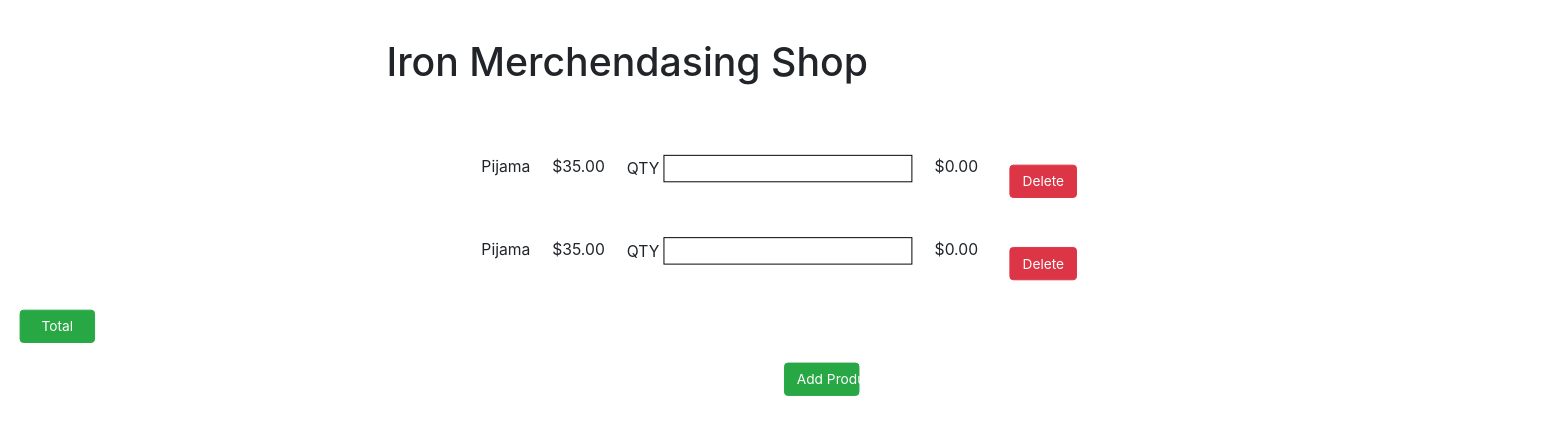
Repository: konstantin0s/lab-cart-DOM
Page: index.html
An editor plug-in stored every save of this project. The page is shown before and after a run of saves, followed by the edit.
The browser window is 1280 px wide. The page is 1280 px wide, then 1596 px, so the pictures cover 1596 px, including what lies to the right of the window. The pictures show the whole page, at 98% of full size.
Some web libraries are served in a nearby version.

Above is the page before, as saved 2019-02-03 09:45:16.
Console error: ReferenceError: getTotalPrice is not defined

### index.html
<!DOCTYPE html>
<html lang="en">
<head>
  <meta charset="UTF-8">
  <meta name="viewport" content="width=device-width, initial-scale=1.0">
  <meta http-equiv="X-UA-Compatible" content="ie=edge">
  <link rel="stylesheet" href="https://cdnjs.cloudflare.com/ajax/libs/normalize/5.0.0/normalize.min.css">
  <link rel="stylesheet" href="./css/style.css">
  <link rel="stylesheet" href="https://stackpath.bootstrapcdn.com/bootstrap/4.2.1/css/bootstrap.min.css">
  <title>Ironhack cart</title>
</head>

<body>
  <h1  class="title">Iron Merchendasing Shop</h1>
<!--
  <div class="container mt-4" id="amess">
    <h1 class="display-4 text-center">
      <i class="fas fa-book-open text-primary"></i>
      My <span class="text-primary">Products</span>List
      </h1>
      <form action="" id="product-form">
        <div class="form-group">
          <label for="product">Product</label>
          <input id="newProd" class="form-control" type="text">
        </div>
        <div class="form-group">
          <label for="price">$:</label>
          <input id="newPrice" class="form-control" type="text">
        </div>
        <div class="form-group">
          <label for="quantity">QTY</label>
          <input id="newQty" class="form-control" type="text">
        </div>
        <input type="submit" value="Add Product"
          class="btn btn-primary btn-block">
     </form>
        <table class="table table-striped">
          <thead>
            <tr>
              <th>Product:</th>
              <th class="fPrice">Price:</th>
              <th class="fQua">Quantity:</th>
              <th class="fTotal">Total:</th>
              <th></th>
            </tr>
          </thead>
            <tbody id="product-list"></tbody>
          </table>
  </div>   -->


  <div id="container">

      <div class="product">
        <div class="name">
          <span>Pijama</span>
        </div>
        <div class="price">
          $<span>35.00</span>
        </div>
        <div>
          <label>QTY</label>
          <input type="number" name="quantity" class="quantity">
        </div>
        <div class="sum">
          $<span>0.00</span>
        </div>
        <div class="remove">
            <button class="button btn-danger" type="button">Delete</button>
        </div>
      </div>

      <div class="product">
          <div class="name">
            <span>Pijama</span>
          </div>
          <div class="price">
            $<span>35.00</span>
          </div>
          <div>
            <label>QTY</label>
            <input type="number" name="quantity" class="quantity">
          </div>
          <div class="sum">
            $<span>0.00</span>
          </div>
          <div class="remove">
              <button class="button btn-danger" type="button">Delete</button>
          </div>
        </div>


    </div>

        <div class="container-2"></div>
     <div class="addBC-container">
      <div class="calculate">
         <button type="button" class="button btn-success" id="calc-prices-button">Total</button>
      </div>

    <div class="addPBtn">
      <button type="button" class="button btn-success" id="addExtra">Add Product</button>
    </div>

    <div class="newRowItems">

    </div>
    </div>
  </div>


      <script type="text/javascript" src="./js/index.js"></script>

</body>
</html>

### css/style.css

body{
  overflow-x: hidden;
}

.title {
  text-align: center;
  padding: 40px;
}

.container {
  display: flex;
  flex-direction: row;
}

input {
  border: solid 1px black;
}

.product {
  display: flex;
  flex-direction: row;
  justify-content: space-around;
  width: 50%;
  margin: 30px 0 0 480px;
}

.button {
  display: inline-block;
  padding: 6px 12px;
  margin-bottom: 0;
  font-size: 14px;
  font-weight: 400;
  line-height: 1.42857143;
  text-align: center;
  white-space: nowrap;
  vertical-align: middle;
  -ms-touch-action: manipulation;
  touch-action: manipulation;
  cursor: pointer;
  -webkit-user-select: none;
  -moz-user-select: none;
  -ms-user-select: none;
  user-select: none;
  background-image: none;
  border: 1px solid transparent;
  border-radius: 4px;
}

.btn-success {
    color: #fff;
    background-color: #5cb85c;
    border-color: #4cae4c;
}

.cost-1 {
  margin: 10px;

}

.input {
  margin: 10px;
}

.totalP-1 {
  margin: 10px;
}

.container-2 {
  display: flex;

}

/* add total & product container */
.addBC-container {
    display: flex;
    flex-direction: column;
}

/* Add new product button*/
.addPBtn {
  margin-left: 800px;
  display: flex;
  flex-direction: column;
  width: 6%;
}

/* total button*/
.calculate {
  margin: 20px;
  display: flex;
  flex-direction: column;
  width: 6%;
}

.remove {
  margin: 10px;
}

.btn-danger {
    color: #fff;
    background-color: #CF000F;
    border-color: #CF000F;
}

/* .quantity {
  margin: 0px 5px;
  height: 30px;
} */
/*
.newRowItems {
  display: flex;
  flex-direction: column;

}

.newRowItems p{
 position: relative;
 top: -40px;
 left: 175px;
}

.newRowItems .sexy{
  position: relative;
  top: -2x;
  left: 20px;
 }
 .newRowItems .quan {
  position: relative;
  top: -130px;
  left: 460px;
}

 .newRowItems input{
  position: relative;
  top: -91px;
  left: 190px;
 }


 .newRowItems .inputQua{
  position: relative;
  top: -80px;
  left: 380px;
 }

  .newRowItems .defPrice{
  position: relative;
  top: -210px;
  left: 845px;
 } */

 /* style new added new products*/
 /* #amess {
   display:flex;
   width:50%;
   height: 500px;
   flex-direction: column;
   /* align-items: center; */
   /* margin-bottom: 300px;
   left: -400px;
 } */

/*
.newRowItems button {
  position: relative;
  top: -253px;
  left: 890px;
  width: 70px;
  display: inline-block;
  padding: 6px 12px;
  margin-bottom: 0;
  font-size: 14px;
  font-weight: 400;
  line-height: 1.42857143;
  text-align: center;
  white-space: nowrap;
  vertical-align: middle;
  -ms-touch-action: manipulation;
  touch-action: manipulation;
  cursor: pointer;
  -webkit-user-select: none;
  -moz-user-select: none;
  -ms-user-select: none;
  user-select: none;
  background-image: none;
  border: 1px solid transparent;
  border-radius: 4px;

} */

### js/index.js

  document.getElementById("calc-prices-button").addEventListener("click", getTotalPrice);
  document.getElementById("addExtra").addEventListener("click", createNewItemRow);
  // document.getElementById("addExtra").addEventListener("click", createQuantityNode);
  // document.getElementById("addExtra").addEventListener("click", createQuantityInput);
  // document.getElementById("addExtra").addEventListener("click", getPriceByProduct);
  document.getElementById("addExtra").addEventListener("click",   createDeleteButton);
  // document.getElementById("calc-prices-button").addEventListener("click", calculatePriceProducts);

//         var clickedElement = event.target;
//         var parentElement = event.target.parentElement;

//         Retrieves the unit price of the productv
// Retrieves the quantity of items desired
// Calculates the total price based on this data
// Updates the total price in the DOM
// getPriceByProduct();

// var productsArray = document.getElementById('form').elements;
// // var productsArray = [...document.getElementById('form').children).elements];
// console.log(productsArray);

// function calculatePriceProducts() {
//   var result = 0;
//   productsArray.forEach(function(index) {
//     var priceItem = document.getElementsByClassName("cost-" + index.toString()).value;
//     var num = parseFloat(priceItem.replace(/[^0-9.]/g, ""));
//     var quantity = document.getElementsByClassName("total-" + index.toString()).value;
//     quantity = parseInt(quantity);
//     var total = quantity * num;
//     document.getElementsByClassName("totalP-" + num.toString()).innerHTML = total;
//     result += total;
//   })
//   document.getElementsByClassName("price2").textContext = result;
// }




function deleteItem(e){

}

function getPriceByProduct(itemNode){
  // var h5 = document.createElement("H5");                       // Create a <p> element
  // itemNode = document.createTextNode("$0 ");
  // h5.className = 'defPrice';     // Create a text node
  // h5.appendChild(itemNode);                                          // Append the text to <p>
  // document.getElementsByClassName("newRowItems")[0].appendChild(h5);
}


function updatePriceByProduct(productPrice, index){

}

// function getTotalPrice(result) {
//    var getQuantity = parseInt(document.getElementById('costUnit').value);
//    var getInput = parseInt(document.getElementById('quantity').value);
//    var result = getQuantity * getInput;

// //    var elements = document.getElementById("my-form").elements;
// //    for (var i = 0; i < elements.length; i++) {

// // }

//     if (!result) {
//     document.getElementsByClassName("totalP-1")[0].innerHTML = "Add Num";
//   } else {
//     document.getElementsByClassName("totalP-1")[0].innerHTML = "Total price is = $" + result;
//   }
// }




function createQuantityInput() {
// var label = document.createElement("LABEL");
// label.className = 'inputQua';
// var quaInput = document.createElement("INPUT");
// label.appendChild(quaInput);
// document.getElementsByClassName('newRowItems')[0].appendChild(label);
}

function createDeleteButton(){
// var button = document.createElement("BUTTON");
// button.className = 'button btn-delete';
// var quaDel = document.createTextNode("Delete");
// button.appendChild(quaDel);
// document.getElementsByClassName('newRowItems')[0].appendChild(button);
}

function createQuantityNode(){
  // var h5 = document.createElement("H5");
  // h5.className = 'quan';                       // Create a <p> element
  // var quaNode = document.createTextNode("Quantity: ");      // Create a text node
  // h5.appendChild(quaNode);                                          // Append the text to <p>
  // document.getElementsByClassName("newRowItems")[0].appendChild(h5);
}

function createItemNode(dataType, itemData){

}

function createNewItemRow(itemName, itemUnitPrice){
  // var h5 = document.createElement("H5");                       // Create a <p> element
  // itemName = document.createTextNode("Sexy Shirt: ");
  // h5.className = 'sexy';     // Create a text node
  // h5.appendChild(itemName);                                          // Append the text to <p>
  // document.getElementsByClassName("newRowItems")[0].appendChild(h5);

  // var label = document.createElement("LABEL");
  // var par = document.createElement("P");                       // Create a <p> element
  // var dollar = document.createTextNode("$");
  // par.appendChild(dollar);
  // itemUnitPrice = document.createElement("INPUT");
  // label.appendChild(itemUnitPrice);
  // document.getElementsByClassName('newRowItems')[0].appendChild(par);
  // document.getElementsByClassName('newRowItems')[0].appendChild(label);

}

function createNewItem(){

}

// window.onload = function(){
//   var calculatePriceButton = document.getElementById('calc-prices-button');
//   var createItemButton = document.getElementById('new-item-create');
//   var deleteButtons = document.getElementsByClassName('btn-delete');

//   calculatePriceButton.onclick = getTotalPrice;
//   createItemButton.onclick = createNewItem;

//   for(var i = 0; i<deleteButtons.length ; i++){
//     deleteButtons[i].onclick = deleteItem;
//   }
// };




// class Product {
//   constructor(name, price, quantity) {
//     this.name = name;
//     this.price = price;
//     this.quantity = quantity;
//   }
// }

// //local storage
// class Store {
//   static getProducts() {
//     var products;
//     if (localStorage.getItem('products') === null) {
//       products = [];
//     } else {
//       products = JSON.parse(localStorage.getItem('products'));
//     }

//     return products;
//   }

//   static addProduct(product) {
//      var products = Store.getProducts();
//        products.push(product);
//        localStorage.setItem('products', JSON.stringify(products));
//   }

//   static removeProduct(quantity) {
//     var products = Store.getProducts();
//     products.forEach((product, index) => {
//       if (product.quantity === quantity) {
//         products.splice(index, 1);
//       }
//     });

//     localStorage.setItem('products', JSON.stringify(products));

//   }
// }

// class UI {
//   static displayProducts() {

//      const products = Store.getProducts();

//      products.forEach((product) => UI.addProductToList(product));

//      }
//      static addProductToList(product) {
//       var list = document.querySelector("#product-list");
//       var  row = document.createElement("TR");
//       row.innerHTML = `
//       <td>${product.name}</td>
//       <td>${product.price}</td>
//       <td>${product.quantity}</td>
//       <td><a href="#" class="btn btn-danger btn-sm
//        delete">X</a></td>
//      `;

//       list.appendChild(row);
//   }

//   static deleteProduct(el) {
//     if (el.classList.contains("delete")) {
//         el.parentElement.parentElement.remove(); // deletes tr
//     }
//   }

//   static showAlert(message, className) {
//   var div = document.createElement('div');
//      div.className = `alert alert-${className}`;
//      div.appendChild(document.createTextNode(message));
//      var container = document.querySelector('#amess');
//      var form = document.querySelector('#product-form');
//      container.insertBefore(div, form);
//      setTimeout(() => document.querySelector('.alert').remove(), 3000);
//   }

//   static clearFields() {
//     const name = document.querySelector("#newProd").value = "";
//     const price = document.querySelector("#newPrice").value = "";
//     const quantity = document.querySelector("#newQty").value = "";
//   }
// }


// document.addEventListener("DOMContentLoaded", UI.displayProducts);

// document.querySelector("#product-form").addEventListener("submit", (e) => {
//   // e.preventDefault();
//   const name = document.querySelector("#newProd").value;
//   const price = document.querySelector("#newPrice").value;
//   const quantity = document.querySelector("#newQty").value;

//   //validate
//   if (name === '' || price === '' || quantity === '') {
//     UI.showAlert('please fill in all fields', 'danger');
//   } else {
//     const product = new Product(name, price, quantity);

//     UI.addProductToList(product);

//     //add product to Store
//     Store.addProduct(product);

//     UI.clearFields();
//   }


// });

// //delete product
// document.querySelector("#product-list").addEventListener("click", (e) => {
//   UI.deleteProduct(e.target);

//   //remove product from store
// Store.removeProduct(e.target.parentElement.previousElementSibling.textContent);

// });

After the next 2 saves:
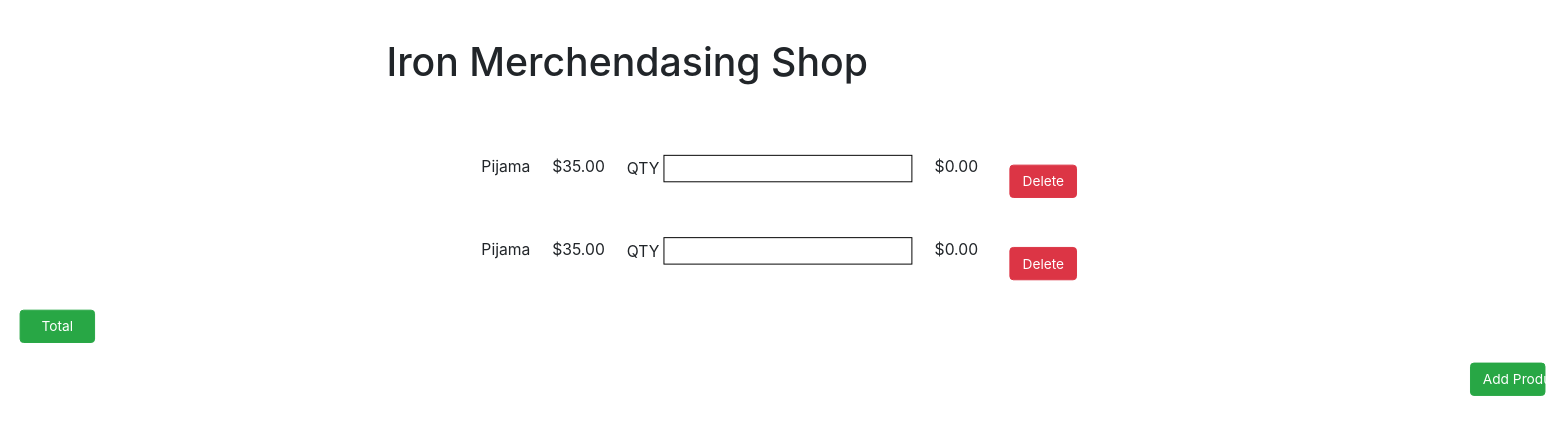
The 2 saves are shown as one change because they came seconds apart.
The last was saved 7 s later.
--- a/css/style.css
+++ b/css/style.css
@@ -79,7 +79,7 @@ input {
 
 /* Add new product button*/
 .addPBtn {
-  margin-left: 800px;
+  margin-left: 1500px;
   display: flex;
   flex-direction: column;
   width: 6%;
